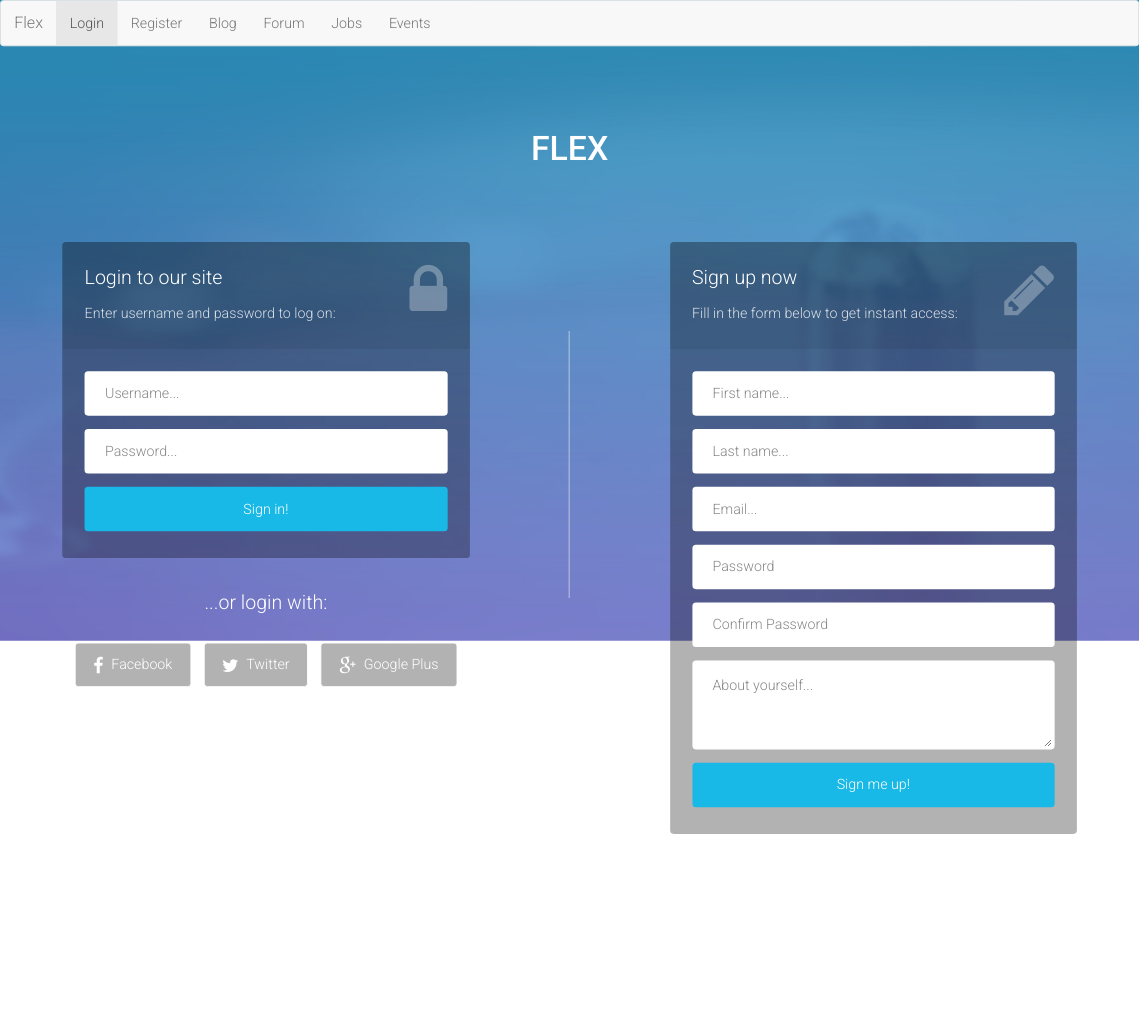
Repository: Angelamritha2012/Flex
Page: Collaboration/WebContent/index.html
The author's editor kept a copy of each file at every save. The page is drawn from the files as they stood at one save, then again after the next save.
The browser window is 1280 px wide. The pictures show the whole page, at 89% of full size.
Some web libraries are served in a nearby version.

Above is the page before, as saved 2017-11-29 14:12:17.

After the next save:
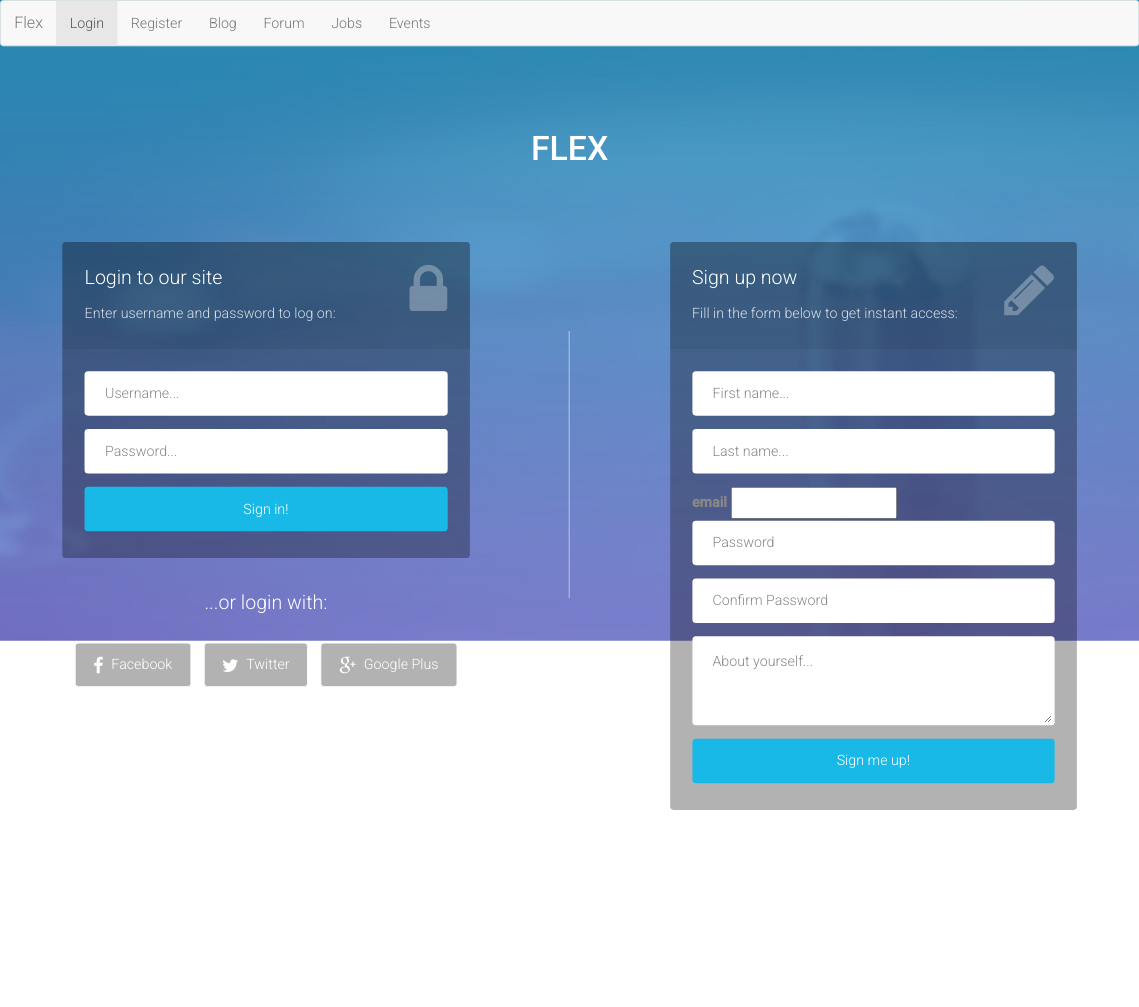
Saved 16 min 21 s later.
--- a/Collaboration/WebContent/index.html
+++ b/Collaboration/WebContent/index.html
@@ -138,10 +138,16 @@
 				                        	<label class="sr-only" for="form-last-name">Last name</label>
 				                        	<input type="text" name="form-last-name" placeholder="Last name..." class="form-last-name form-control" id="form-last-name">
 				                        </div>
-				                        <div class="form-group">
+				                        <!-- <div class="form-group">
 				                        	<label class="sr-only" for="form-email">Email</label>
 				                        	<input type="text" name="form-email" placeholder="Email..." class="form-email form-control" id="form-email">
-				                        </div>
+				                        </div> -->
+				                        <div>
+    <span ng-if="submitted && form.email.$error.email">invalid email address</span>
+    <span ng-if="submitted && form.email.$error.required">required</span>
+    <label>email</label>
+    <input type="email" name="email" ng-model="user.email" required>
+</div>
 										<div class="form-group">
 				                        	<label class="sr-only" for="password">PassWord</label>
 				                        	<input type="text" name="form-password" placeholder="Password" class="form-password form-control" id="form-password">

After the save that followed:
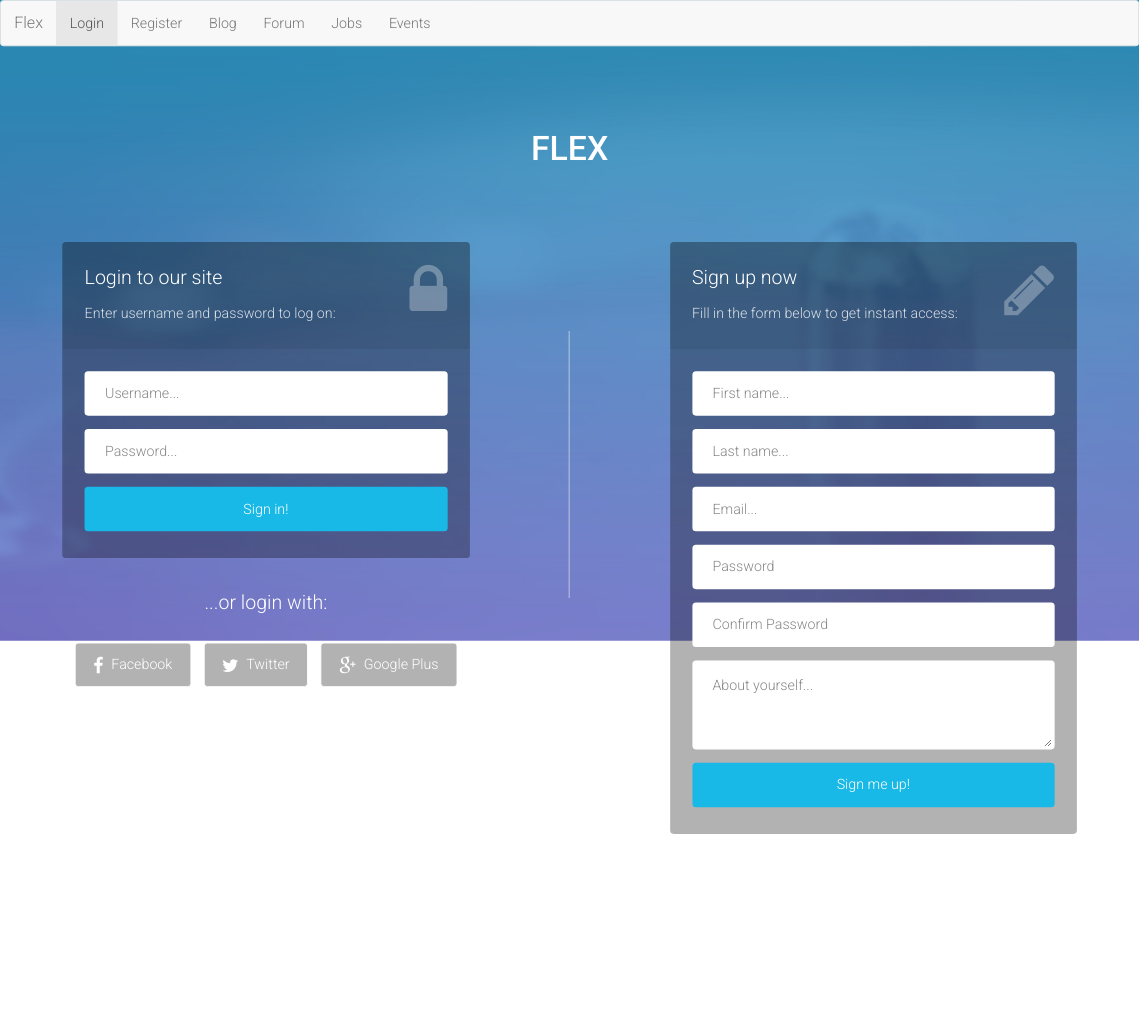
Saved 22 s later.
--- a/Collaboration/WebContent/index.html
+++ b/Collaboration/WebContent/index.html
@@ -138,16 +138,10 @@
 				                        	<label class="sr-only" for="form-last-name">Last name</label>
 				                        	<input type="text" name="form-last-name" placeholder="Last name..." class="form-last-name form-control" id="form-last-name">
 				                        </div>
-				                        <!-- <div class="form-group">
+				                        <div class="form-group">
 				                        	<label class="sr-only" for="form-email">Email</label>
 				                        	<input type="text" name="form-email" placeholder="Email..." class="form-email form-control" id="form-email">
-				                        </div> -->
-				                        <div>
-    <span ng-if="submitted && form.email.$error.email">invalid email address</span>
-    <span ng-if="submitted && form.email.$error.required">required</span>
-    <label>email</label>
-    <input type="email" name="email" ng-model="user.email" required>
-</div>
+				                        </div>
 										<div class="form-group">
 				                        	<label class="sr-only" for="password">PassWord</label>
 				                        	<input type="text" name="form-password" placeholder="Password" class="form-password form-control" id="form-password">
